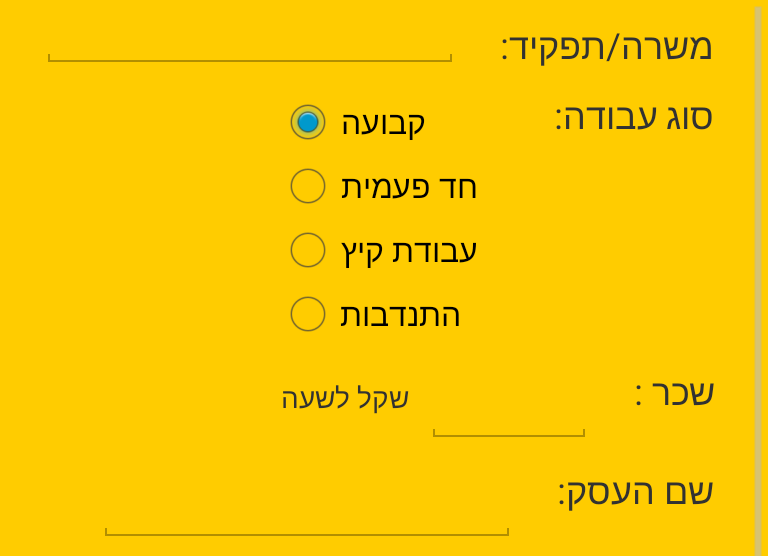
Repository: rodi055/jobli
Layout: Jobli/res/layout/fragment_create_job.xml
These files come from the project's save history. The layout is drawn as it stood at one moment and after the next save; the edit follows.
The pictures show rows 0 to 556 of an output 1280 px tall.
Pictures or frames that could not be fetched are drawn as grey boxes. It is drawn on a 768 x 1280 px phone screen (xhdpi) without system bars, with theme AppTheme; the app's code is not run. The app's manifest (not shown) leaves right-to-left support off. So textAlignment, textDirection and layoutDirection are ignored, and left and right values win over start and end ones.

Above is the layout before, as saved 2015-01-03 14:54:21.

### Jobli/res/layout/fragment_create_job.xml
<?xml version="1.0" encoding="utf-8"?>
<LinearLayout xmlns:android="http://schemas.android.com/apk/res/android"
    xmlns:tools="http://schemas.android.com/tools"
    android:layout_width="match_parent"
    android:layout_height="match_parent"
    android:background="#FFCC00"
    android:orientation="vertical"
    tools:context=".CreateNewJobActivity" >

    <ScrollView
        android:layout_width="match_parent"
        android:layout_height="wrap_content" >

        <LinearLayout
            android:layout_width="match_parent"
            android:layout_height="wrap_content"
            android:layout_marginEnd="7dp"
            android:layout_marginLeft="7dp"
            android:layout_marginRight="7dp"
            android:orientation="vertical" >

            <RelativeLayout
                android:layout_width="wrap_content"
                android:layout_height="wrap_content"
                android:layout_marginTop="10dp" >

                <TextView
                    android:id="@+id/textView1"
                    android:layout_width="wrap_content"
                    android:layout_height="wrap_content"
                    android:layout_alignParentEnd="true"
                    android:layout_alignParentRight="true"
                    android:layout_alignParentTop="true"
                    android:layout_marginEnd="20dp"
                    android:layout_marginRight="20dp"
                    android:text="משרה/תפקיד:"
                    android:textSize="18sp" />

                <EditText
                    android:id="@+id/editText1"
                    android:layout_width="wrap_content"
                    android:layout_height="wrap_content"
                    android:layout_alignBottom="@+id/textView1"
                    android:layout_marginEnd="20dp"
                    android:layout_marginRight="20dp"
                    android:layout_toLeftOf="@+id/textView1"
                    android:layout_toStartOf="@+id/textView1"
                    android:ems="10"
                    android:inputType="text"
                    android:maxLines="1" />
            </RelativeLayout>

            <RelativeLayout
                android:layout_width="wrap_content"
                android:layout_height="wrap_content"
                android:layout_marginTop="10dp" >

                <TextView
                    android:id="@+id/textView2"
                    android:layout_width="wrap_content"
                    android:layout_height="wrap_content"
                    android:layout_alignParentEnd="true"
                    android:layout_alignParentRight="true"
                    android:layout_alignParentTop="true"
                    android:layout_marginEnd="20dp"
                    android:layout_marginRight="20dp"
                    android:text="סוג עבודה:"
                    android:textSize="18sp" />

                <RadioGroup
                    android:id="@+id/radioGroup1"
                    android:layout_width="wrap_content"
                    android:layout_height="wrap_content"
                    android:layout_alignParentTop="true"
                    android:layout_marginEnd="38dp"
                    android:layout_marginRight="38dp"
                    android:layout_toLeftOf="@+id/textView2" >

                    <RadioButton
                        android:id="@+id/radio0"
                        android:layout_width="wrap_content"
                        android:layout_height="wrap_content"
                        android:checked="true"
                        android:text="קבועה" />

                    <RadioButton
                        android:id="@+id/radio1"
                        android:layout_width="wrap_content"
                        android:layout_height="wrap_content"
                        android:text="חד פעמית" />

                    <RadioButton
                        android:id="@+id/radio2"
                        android:layout_width="wrap_content"
                        android:layout_height="wrap_content"
                        android:text="עבודת קיץ" />

                    <RadioButton
                        android:id="@+id/radio3"
                        android:layout_width="wrap_content"
                        android:layout_height="wrap_content"
                        android:text="התנדבות" />
                </RadioGroup>
            </RelativeLayout>

            <RelativeLayout
                android:layout_width="wrap_content"
                android:layout_height="wrap_content"
                android:layout_marginTop="10dp" >

                <TextView
                    android:id="@+id/textView8"
                    android:layout_width="wrap_content"
                    android:layout_height="wrap_content"
                    android:layout_alignParentEnd="true"
                    android:layout_alignParentRight="true"
                    android:layout_alignParentTop="true"
                    android:layout_marginEnd="20dp"
                    android:layout_marginRight="20dp"
                    android:text="שכר :"
                    android:textSize="18sp" />

                <EditText
                    android:id="@+id/editText8"
                    android:layout_width="wrap_content"
                    android:layout_height="wrap_content"
                    android:layout_alignTop="@+id/textView8"
                    android:layout_marginEnd="20dp"
                    android:layout_marginRight="20dp"
                    android:layout_toLeftOf="@+id/textView8"
                    android:ems="4"
                    android:inputType="numberDecimal"
                    android:maxLines="1"
                    android:singleLine="true" />

                <TextView
                    android:id="@+id/textView9"
                    android:layout_width="wrap_content"
                    android:layout_height="wrap_content"
                    android:layout_alignBottom="@+id/textView8"
                    android:layout_marginRight="8dp"
                    android:layout_toLeftOf="@+id/editText8"
                    android:text="שקל לשעה" />
            </RelativeLayout>

            <RelativeLayout
                android:layout_width="wrap_content"
                android:layout_height="wrap_content"
                android:layout_marginTop="10dp" >

                <TextView
                    android:id="@+id/textView3"
                    android:layout_width="wrap_content"
                    android:layout_height="wrap_content"
                    android:layout_alignParentEnd="true"
                    android:layout_alignParentRight="true"
                    android:layout_alignParentTop="true"
                    android:layout_marginEnd="20dp"
                    android:layout_marginRight="20dp"
                    android:text="שם העסק:"
                    android:textSize="18sp" />

                <EditText
                    android:id="@+id/editText3"
                    android:layout_width="wrap_content"
                    android:layout_height="wrap_content"
                    android:layout_alignTop="@+id/textView3"
                    android:layout_marginEnd="20dp"
                    android:layout_marginRight="20dp"
                    android:layout_toLeftOf="@+id/textView3"
                    android:ems="10"
                    android:maxLines="1"
                    android:singleLine="true" />
            </RelativeLayout>

            <RelativeLayout
                android:layout_width="wrap_content"
                android:layout_height="wrap_content"
                android:layout_marginTop="10dp" >

                <TextView
                    android:id="@+id/textView4"
                    android:layout_width="wrap_content"
                    android:layout_height="wrap_content"
                    android:layout_alignParentEnd="true"
                    android:layout_alignParentRight="true"
                    android:layout_alignParentTop="true"
                    android:layout_marginEnd="20dp"
                    android:layout_marginRight="20dp"
                    android:text="מיקום:"
                    android:textSize="18sp" />
            </RelativeLayout>

            <fragment
                android:id="@+id/My_map"
                android:layout_width="match_parent"
                android:layout_height="120dp"
                android:layout_marginBottom="20dp"
                class="com.google.android.gms.maps.MapFragment" />

            <RelativeLayout
                android:layout_width="wrap_content"
                android:layout_height="wrap_content"
                android:layout_marginTop="10dp" >

                <TextView
                    android:id="@+id/textView5"
                    android:layout_width="wrap_content"
                    android:layout_height="wrap_content"
                    android:layout_alignParentEnd="true"
                    android:layout_alignParentRight="true"
                    android:layout_alignParentTop="true"
                    android:layout_marginEnd="20dp"
                    android:layout_marginRight="20dp"
                    android:text="שם איש קשר:"
                    android:textSize="18sp" />

                <EditText
                    android:id="@+id/editText5"
                    android:layout_width="wrap_content"
                    android:layout_height="wrap_content"
                    android:layout_alignTop="@+id/textView5"
                    android:layout_marginEnd="20dp"
                    android:layout_marginRight="20dp"
                    android:layout_toLeftOf="@+id/textView5"
                    android:layout_toStartOf="@+id/textView5"
                    android:ems="10"
                    android:inputType="textPersonName"
                    android:maxLines="1"
                    android:singleLine="true" />
            </RelativeLayout>

            <RelativeLayout
                android:layout_width="wrap_content"
                android:layout_height="wrap_content"
                android:layout_marginTop="10dp" >

                <TextView
                    android:id="@+id/textView6"
                    android:layout_width="wrap_content"
                    android:layout_height="wrap_content"
                    android:layout_alignParentEnd="true"
                    android:layout_alignParentRight="true"
                    android:layout_alignParentTop="true"
                    android:layout_marginEnd="20dp"
                    android:layout_marginRight="20dp"
                    android:text="איימיל:"
                    android:textSize="18sp" />

                <EditText
                    android:id="@+id/editText6"
                    android:layout_width="wrap_content"
                    android:layout_height="wrap_content"
                    android:layout_alignTop="@+id/textView6"
                    android:layout_marginEnd="20dp"
                    android:layout_marginRight="20dp"
                    android:layout_toLeftOf="@+id/textView6"
                    android:layout_toStartOf="@+id/textView6"
                    android:ems="10"
                    android:inputType="textEmailAddress"
                    android:maxLines="1"
                    android:singleLine="true" />
            </RelativeLayout>

            <RelativeLayout
                android:layout_width="wrap_content"
                android:layout_height="wrap_content"
                android:layout_marginTop="10dp"
                android:contentDescription="@android:string/emptyPhoneNumber" >

                <TextView
                    android:id="@+id/textView7"
                    android:layout_width="wrap_content"
                    android:layout_height="wrap_content"
                    android:layout_alignParentEnd="true"
                    android:layout_alignParentRight="true"
                    android:layout_alignParentTop="true"
                    android:layout_marginEnd="20dp"
                    android:layout_marginRight="20dp"
                    android:text="מספר טלפון:"
                    android:textSize="18sp" />

                <EditText
                    android:id="@+id/editText7"
                    android:layout_width="wrap_content"
                    android:layout_height="wrap_content"
                    android:layout_alignTop="@+id/textView7"
                    android:layout_marginEnd="20dp"
                    android:layout_marginRight="20dp"
                    android:layout_toLeftOf="@+id/textView7"
                    android:layout_toStartOf="@+id/textView7"
                    android:ems="10"
                    android:inputType="phone"
                    android:maxLines="1"
                    android:singleLine="true" />

                <CheckBox
                    android:id="@+id/checkBox1"
                    android:layout_width="wrap_content"
                    android:layout_height="wrap_content"
                    android:layout_alignParentRight="true"
                    android:layout_below="@id/textView7"
                    android:text="אל תציג מספר טלפון"
                    android:textSize="12sp" />
            </RelativeLayout>

            <RelativeLayout
                android:layout_width="wrap_content"
                android:layout_height="0dp"
                android:layout_marginTop="10dp"
                android:layout_weight="0.56" >

                <TextView
                    android:id="@+id/textView10"
                    android:layout_width="wrap_content"
                    android:layout_height="wrap_content"
                    android:layout_alignParentEnd="true"
                    android:layout_alignParentRight="true"
                    android:layout_alignParentTop="true"
                    android:layout_marginBottom="15dp"
                    android:text="דרישות חובה מהתפקיד:"
                    android:textSize="18sp" />

                <TableLayout
                    android:id="@+id/table1"
                    android:layout_width="wrap_content"
                    android:layout_height="wrap_content"
                    android:layout_alignParentRight="true"
                    android:layout_below="@+id/textView10"
                    android:layout_centerVertical="true" >

                    <TableRow
                        android:id="@+id/tableRow11"
                        android:layout_width="wrap_content"
                        android:layout_height="wrap_content" >

                        <CheckBox
                            android:id="@+id/checkBox12"
                            android:layout_width="wrap_content"
                            android:layout_height="wrap_content"
                            android:text="נסיון" />

                        <CheckBox
                            android:id="@+id/checkBox4"
                            android:layout_width="wrap_content"
                            android:layout_height="wrap_content"
                            android:text="ניידות" />

                        <CheckBox
                            android:id="@+id/checkBox42"
                            android:layout_width="wrap_content"
                            android:layout_height="wrap_content"
                            android:text="עבודה פיזית" />
                    </TableRow>

                    <TableRow
                        android:id="@+id/tableRow12"
                        android:layout_width="wrap_content"
                        android:layout_height="wrap_content" >

                        <CheckBox
                            android:id="@+id/checkBox13"
                            android:layout_width="wrap_content"
                            android:layout_height="wrap_content"
                            android:text="בגרות שלם" />

                        <CheckBox
                            android:id="@+id/checkBox2"
                            android:layout_width="wrap_content"
                            android:layout_height="wrap_content"
                            android:text="תואר אקדמי" />

                        <CheckBox
                            android:id="@+id/checkBox24"
                            android:layout_width="wrap_content"
                            android:layout_height="wrap_content"
                            android:text="ידע במחשבים" />
                    </TableRow>

                    <TableRow
                        android:id="@+id/tableRow13"
                        android:layout_width="wrap_content"
                        android:layout_height="wrap_content" >

                        <CheckBox
                            android:id="@+id/checkBox14"
                            android:layout_width="wrap_content"
                            android:layout_height="wrap_content"
                            android:text="12 שנות לימוד" />

                        <CheckBox
                            android:id="@+id/checkBox22"
                            android:layout_width="wrap_content"
                            android:layout_height="wrap_content"
                            android:text="משמרות" />

                        <CheckBox
                            android:id="@+id/checkBox23"
                            android:layout_width="wrap_content"
                            android:layout_height="wrap_content"
                            android:text="שירות צבאי" />
                    </TableRow>

                    <TableRow
                        android:id="@+id/tableRow14"
                        android:layout_width="wrap_content"
                        android:layout_height="wrap_content" >
                    </TableRow>
                </TableLayout>
            </RelativeLayout>

            <RelativeLayout
                android:layout_width="wrap_content"
                android:layout_height="wrap_content"
                android:layout_marginTop="10dp" >

                <TextView
                    android:id="@+id/textView11"
                    android:layout_width="wrap_content"
                    android:layout_height="wrap_content"
                    android:layout_alignParentEnd="true"
                    android:layout_alignParentRight="true"
                    android:layout_alignParentTop="true"
                    android:layout_marginEnd="20dp"
                    android:layout_marginRight="20dp"
                    android:text="הערות נוספות:"
                    android:textSize="18sp" />

                <EditText
                    android:id="@+id/editText11"
                    android:layout_width="wrap_content"
                    android:layout_height="wrap_content"
                    android:layout_alignTop="@+id/textView11"
                    android:layout_marginEnd="20dp"
                    android:layout_marginRight="20dp"
                    android:layout_toLeftOf="@+id/textView11"
                    android:layout_toStartOf="@+id/textView11"
                    android:ems="10"
                    android:inputType="text"
                    android:maxLines="4"
                    android:singleLine="false" />
            </RelativeLayout>

            <LinearLayout
                android:id="@+id/linearLayout1"
                style="?android:attr/buttonBarStyle"
                android:layout_width="match_parent"
                android:layout_height="wrap_content"
                android:layout_alignParentBottom="true"
                android:orientation="horizontal" >

                <Button
                    android:id="@+id/cancel_button"
                    style="?android:attr/buttonBarButtonStyle"
                    android:layout_width="0dp"
                    android:layout_height="wrap_content"
                    android:layout_weight="1"
                    android:paddingLeft="4dp"
                    android:paddingRight="4dp"
                    android:text="ביטול" />

                <Button
                    android:id="@+id/add_button"
                    style="?android:attr/buttonBarButtonStyle"
                    android:layout_width="0dp"
                    android:layout_height="wrap_content"
                    android:layout_weight="1"
                    android:paddingLeft="4dp"
                    android:paddingRight="4dp"
                    android:text="פרסם" />
            </LinearLayout>
        </LinearLayout>
    </ScrollView>

</LinearLayout>

Loaded but not shown: Jobli/res/values/styles.xml (common file); Jobli/res/values-v11/styles.xml (common file); Jobli/res/values-v14/styles.xml (common file)

After the next save:
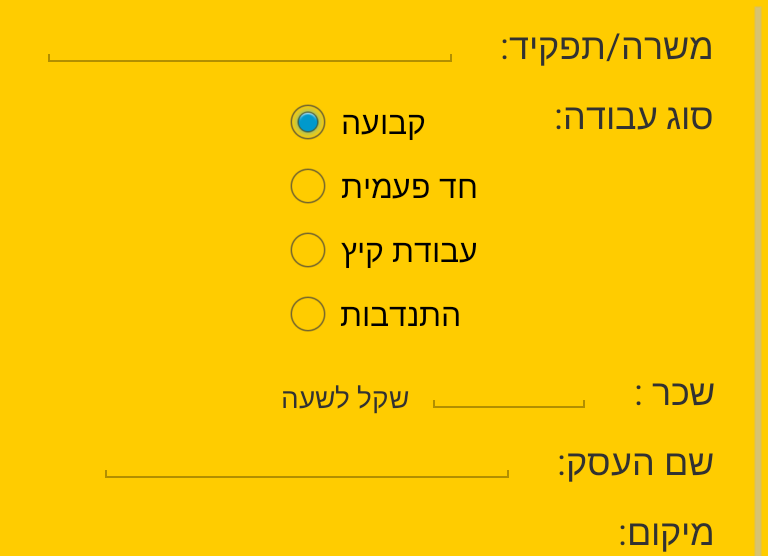
Saved 82 s later.
--- a/Jobli/res/layout/fragment_create_job.xml
+++ b/Jobli/res/layout/fragment_create_job.xml
@@ -124,7 +124,7 @@
                     android:id="@+id/editText8"
                     android:layout_width="wrap_content"
                     android:layout_height="wrap_content"
-                    android:layout_alignTop="@+id/textView8"
+                    android:layout_alignBottom="@+id/textView8"
                     android:layout_marginEnd="20dp"
                     android:layout_marginRight="20dp"
                     android:layout_toLeftOf="@+id/textView8"
@@ -164,7 +164,7 @@
                     android:id="@+id/editText3"
                     android:layout_width="wrap_content"
                     android:layout_height="wrap_content"
-                    android:layout_alignTop="@+id/textView3"
+                    android:layout_alignBottom="@+id/textView3"
                     android:layout_marginEnd="20dp"
                     android:layout_marginRight="20dp"
                     android:layout_toLeftOf="@+id/textView3"
@@ -219,7 +219,7 @@
                     android:id="@+id/editText5"
                     android:layout_width="wrap_content"
                     android:layout_height="wrap_content"
-                    android:layout_alignTop="@+id/textView5"
+                    android:layout_alignBottom="@+id/textView5"
                     android:layout_marginEnd="20dp"
                     android:layout_marginRight="20dp"
                     android:layout_toLeftOf="@+id/textView5"
@@ -251,7 +251,7 @@
                     android:id="@+id/editText6"
                     android:layout_width="wrap_content"
                     android:layout_height="wrap_content"
-                    android:layout_alignTop="@+id/textView6"
+                    android:layout_alignBottom="@+id/textView6"
                     android:layout_marginEnd="20dp"
                     android:layout_marginRight="20dp"
                     android:layout_toLeftOf="@+id/textView6"
@@ -284,7 +284,7 @@
                     android:id="@+id/editText7"
                     android:layout_width="wrap_content"
                     android:layout_height="wrap_content"
-                    android:layout_alignTop="@+id/textView7"
+                    android:layout_alignBottom="@+id/textView7"
                     android:layout_marginEnd="20dp"
                     android:layout_marginRight="20dp"
                     android:layout_toLeftOf="@+id/textView7"
@@ -430,13 +430,13 @@
                     android:id="@+id/editText11"
                     android:layout_width="wrap_content"
                     android:layout_height="wrap_content"
-                    android:layout_alignTop="@+id/textView11"
+                    android:layout_alignBottom="@+id/textView11"
                     android:layout_marginEnd="20dp"
                     android:layout_marginRight="20dp"
                     android:layout_toLeftOf="@+id/textView11"
                     android:layout_toStartOf="@+id/textView11"
                     android:ems="10"
-                    android:inputType="text"
+                    android:inputType="textMultiLine"
                     android:maxLines="4"
                     android:singleLine="false" />
             </RelativeLayout>
